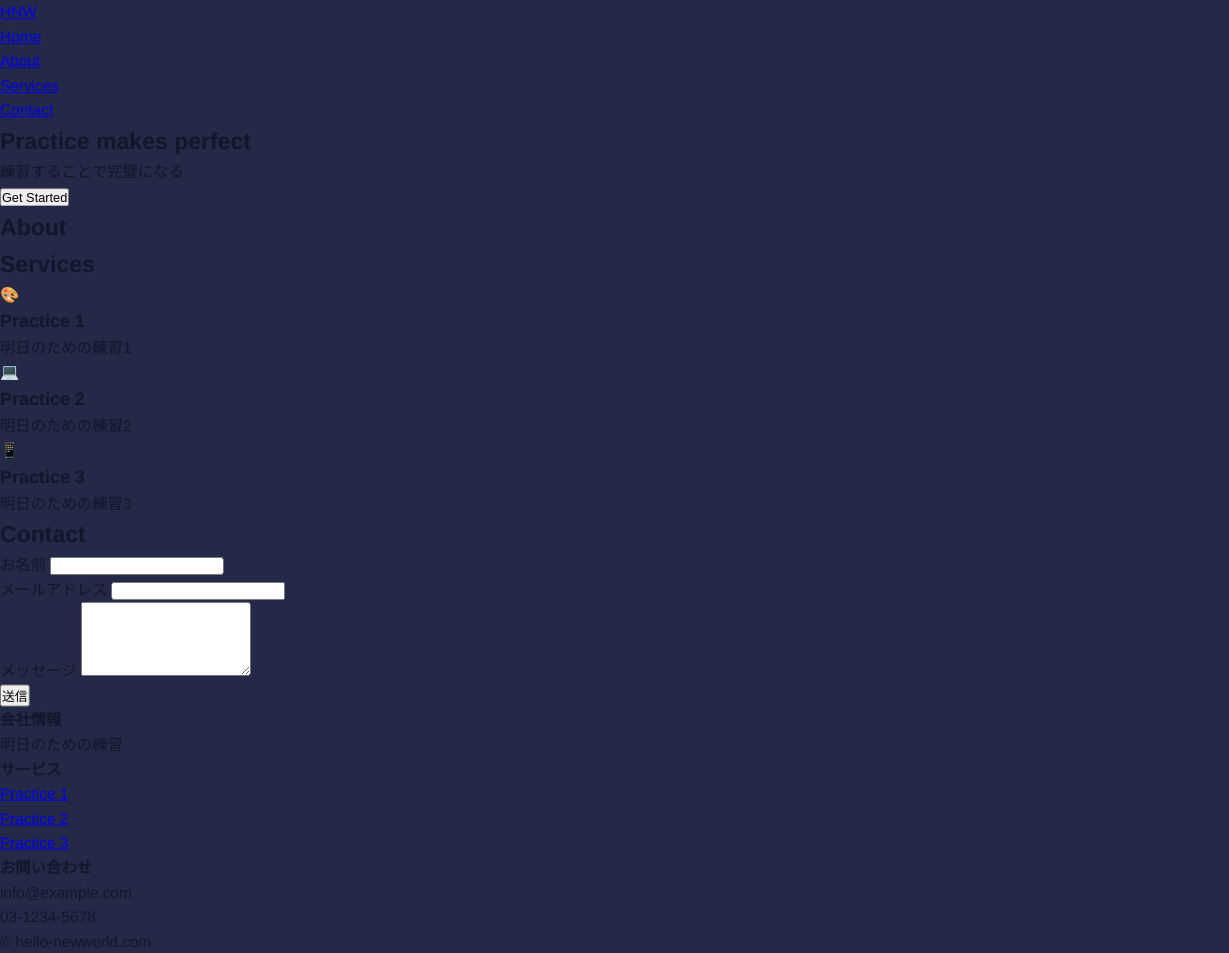
Repository: co6tter/hello-newworld-v3
Page: index.html
These files come from the project's save history. The page is drawn as it stood at one moment and after the next save; the edit follows.
The browser window is 1280 px wide. The pictures show the whole page, at 96% of full size.

Above is the page before, as saved 2025-07-14 19:42:38.

### index.html
<!DOCTYPE html>
<html lang="ja">
  <head>
    <meta charset="UTF-8" />
    <meta name="viewport" content="width=device-width, initial-scale=1.0" />
    <title>Hello New World V3</title>
    <link rel="stylesheet" href="style.css" />
  </head>
  <body>
    <header class="header">
      <nav class="navbar">
        <div class="nav-brand">
          <a href="#" class="brand-logo">HNW</a>
        </div>
        <ul class="nav-menu">
          <li class="nav-item"><a href="#home" class="nav-link">Home</a></li>
          <li class="nav-item"><a href="#about" class="nav-link">About</a></li>
          <li class="nav-item">
            <a href="#services" class="nav-link">Services</a>
          </li>
          <li class="nav-item">
            <a href="#contact" class="nav-link">Contact</a>
          </li>
        </ul>
        <div class="hamburger">
          <span class="bar"></span>
          <span class="bar"></span>
          <span class="bar"></span>
        </div>
      </nav>
    </header>

    <section class="hero" id="home">
      <div class="hero-content">
        <h1 class="hero-title">Practice makes perfect</h1>
        <p class="hero-subtitle">練習することで完璧になる</p>
        <button class="cta-button">Get Started</button>
      </div>
    </section>

    <section class="section" id="about">
      <div class="container">
        <h2 class="section-title">About</h2>
      </div>
    </section>

    <section class="section" id="services">
      <div class="container">
        <h2 class="section-title">Services</h2>
        <div class="card-grid">
          <div class="card">
            <div class="card-icon">🎨</div>
            <h3 class="card-title">Practice 1</h3>
            <p class="card-description">明日のための練習1</p>
          </div>
          <div class="card">
            <div class="card-icon">💻</div>
            <h3 class="card-title">Practice 2</h3>
            <p class="card-description">明日のための練習2</p>
          </div>
          <div class="card">
            <div class="card-icon">📱</div>
            <h3 class="card-title">Practice 3</h3>
            <p class="card-description">明日のための練習3</p>
          </div>
        </div>
      </div>
    </section>

    <section class="section" id="contact">
      <div class="container">
        <h2 class="section-title">Contact</h2>
        <form class="contact-form">
          <div class="form-group">
            <label for="name" class="form-label">お名前</label>
            <input type="text" id="name" class="form-input" required />
          </div>
          <div class="form-group">
            <label for="email" class="form-label">メールアドレス</label>
            <input type="email" id="email" class="form-input" required />
          </div>
          <div class="form-group">
            <label for="message" class="form-label">メッセージ</label>
            <textarea
              id="message"
              class="form-textarea"
              rows="5"
              required
            ></textarea>
          </div>
          <button type="submit" class="form-submit">送信</button>
        </form>
      </div>
    </section>

    <footer class="footer">
      <div class="container">
        <div class="footer-content">
          <div class="footer-section">
            <h4>会社情報</h4>
            <p>明日のための練習</p>
          </div>
          <div class="footer-section">
            <h4>サービス</h4>
            <ul>
              <li><a href="#">Practice 1</a></li>
              <li><a href="#">Practice 2</a></li>
              <li><a href="#">Practice 3</a></li>
            </ul>
          </div>
          <div class="footer-section">
            <h4>お問い合わせ</h4>
            <p>info@example.com</p>
            <p>03-1234-5678</p>
          </div>
        </div>
        <div class="footer-bottom">
          <p>&copy; hello-newworld.com</p>
        </div>
      </div>
    </footer>
  </body>
</html>

### style.css
:root {
  --primary-color: #b8c1ec;
  --secondary-color: #fffffe;
  --accent-color: #eebbc3;
  --text-color: #121629;
  --bg-color: #232946;
  --border-color: #121629;
  --shadow: 0 4px 6px -1px rgb(0 0 0 / 0.1);
  --shadow-lg: 0 20px 25px -5px rgb(0 0 0 / 0.1);
  --border-radius: 8px;
  --transition: all 0.3s ease;
  --font-primary: "Helvetica Neue", Arial, sans-serif;
  --max-width: 1200px;
}

* {
  margin: 0;
  padding: 0;
  box-sizing: border-box;
}

body {
  font-family: var(--font-primary);
  line-height: 1.6;
  color: var(--text-color);
  background-color: var(--bg-color);
}

After the next save:
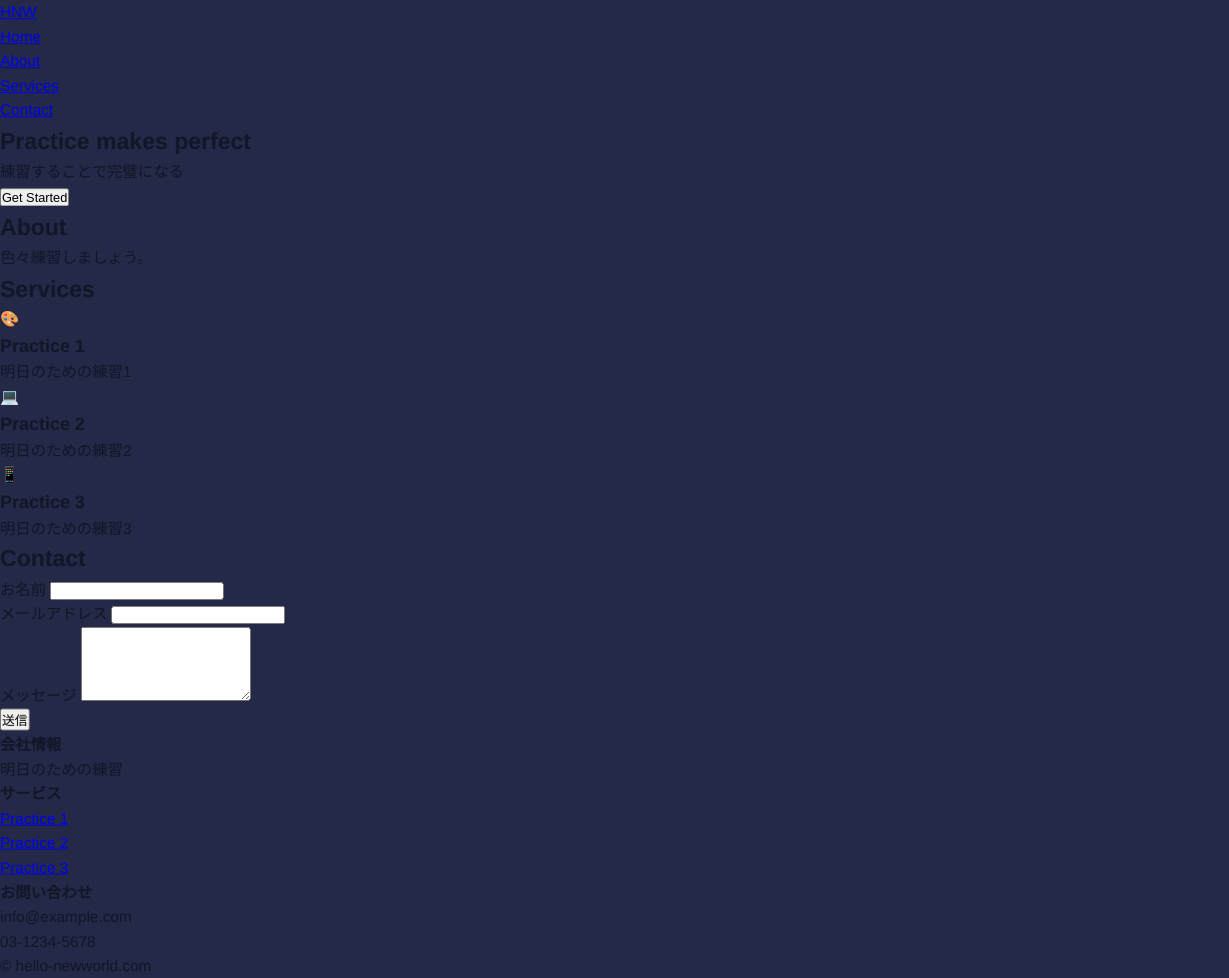
Saved 54 s later.
--- a/index.html
+++ b/index.html
@@ -41,6 +41,7 @@
     <section class="section" id="about">
       <div class="container">
         <h2 class="section-title">About</h2>
+        <p>色々練習しましょう。</p>
       </div>
     </section>
 
